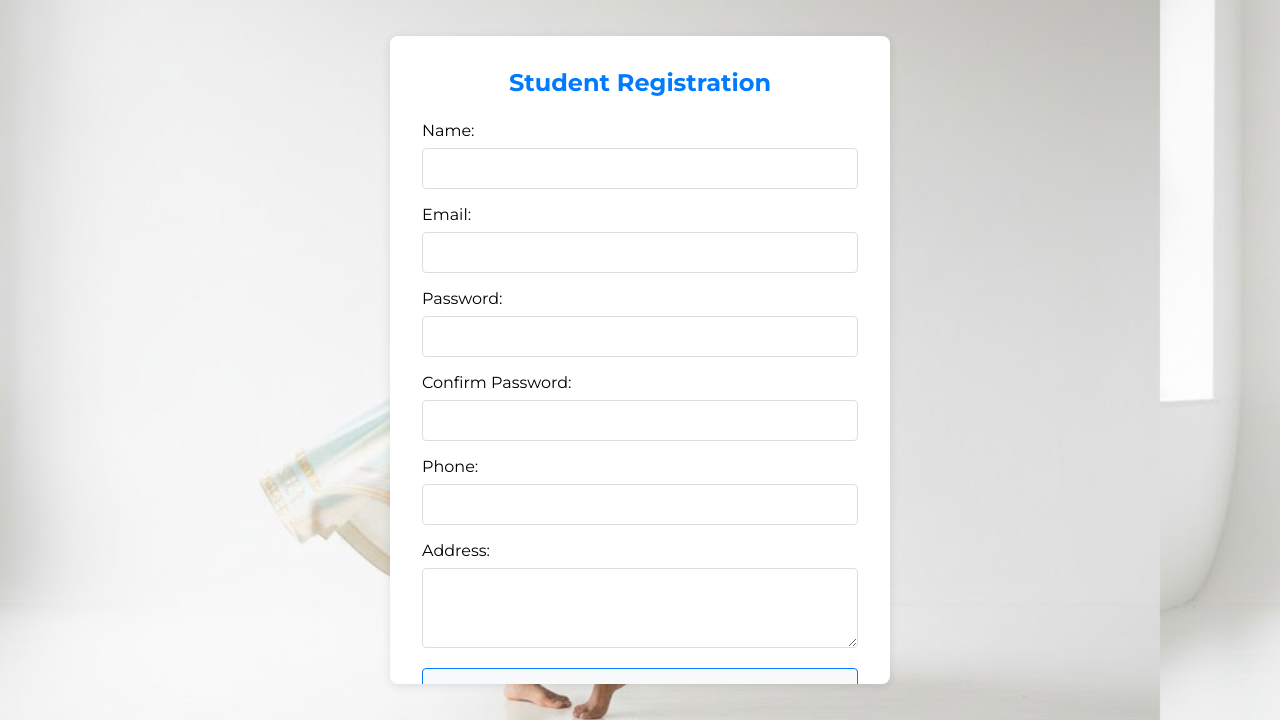
Repository: Priyadharshini-J-CSE/StepSync_Dance_Mangement_System
Page: /user-register (app in frontend/)
These files come from the project's save history. The page is drawn as it stood at one moment and after the next save; the edit follows.
The browser window is 1280 px wide. The pictures show the whole page.
An inner scrolling area shows only its first screen. Some web fonts or font styles are not loaded; a fallback is used. Some web libraries are served in a nearby version. The project was rebuilt for these pictures with package versions that can differ from the ones it lists, and the page was loaded fresh each time. Also part of the build but not shown: frontend/src/index.css, frontend/src/pages/LandingPage.js, frontend/src/components/Alert.js, frontend/src/pages/UserLogin.js, frontend/src/pages/AdminLogin.js, frontend/src/pages/AdminRegister.js, frontend/src/pages/ForgotPassword.js, frontend/src/components/Navbar.js and 17 more.

Above is the page before, as saved 2025-12-18 10:49:13.

### frontend/public/index.html
<!DOCTYPE html>
<html lang="en">
  <head>
    <meta charset="utf-8" />
    <meta name="viewport" content="width=device-width, initial-scale=1" />
    <title>Zumba Class Management</title>
    <link rel="preconnect" href="https://fonts.googleapis.com">
    <link rel="preconnect" href="https://fonts.gstatic.com" crossorigin>
    <link href="https://fonts.googleapis.com/css2?family=Alumni+Sans+Pinstripe:ital@0;1&family=Anta&family=Josefin+Sans:ital,wght@0,100..700;1,100..700&family=Metamorphous&family=Montserrat:ital,wght@0,100..900;1,100..900&family=Pangolin&family=Roboto:ital,wght@0,100..900;1,100..900&family=Rubik:ital,wght@0,300..900;1,300..900&display=swap" rel="stylesheet">
    <link rel="stylesheet" href="https://cdnjs.cloudflare.com/ajax/libs/font-awesome/6.5.1/css/all.min.css" crossorigin="anonymous">
    <script src="https://kit.fontawesome.com/a076d05399.js" crossorigin="anonymous"></script>
    <style>
      * { margin: 0; padding: 0; box-sizing: border-box; }
      body { font-family: 'Montserrat', sans-serif; }
    </style>
  </head>
  <body>
    <div id="root"></div>
  </body>
</html>

### frontend/src/App.js
import React from 'react';
import { BrowserRouter as Router, Routes, Route, Navigate } from 'react-router-dom';
import { AuthProvider, useAuth } from './context/AuthContext';
import LandingPage from './pages/LandingPage';
import UserLogin from './pages/UserLogin';
import AdminLogin from './pages/AdminLogin';
import UserRegister from './pages/UserRegister';
import AdminRegister from './pages/AdminRegister';
import ForgotPassword from './pages/ForgotPassword';
import AdminDashboard from './pages/admin/AdminDashboard';
import UserDashboard from './pages/user/UserDashboard';

const ProtectedRoute = ({ children, requiredRole }) => {
  const { user, loading } = useAuth();

  if (loading) return <div>Loading...</div>;
  if (!user) return <Navigate to="/" />;
  if (requiredRole && user.role !== requiredRole) return <Navigate to="/" />;

  return children;
};

function App() {
  return (
    <AuthProvider>
      <Router>
        <div style={{ minHeight: '100vh', backgroundColor: '#fff6e9' }}>
          <Routes>
            <Route path="/" element={<LandingPage />} />
            <Route path="/user-login" element={<UserLogin />} />
            <Route path="/admin-login" element={<AdminLogin />} />
            <Route path="/user-register" element={<UserRegister />} />
            <Route path="/admin-register" element={<AdminRegister />} />
            <Route path="/forgot-password" element={<ForgotPassword />} />
            <Route
              path="/admin/*"
              element={
                <ProtectedRoute requiredRole="admin">
                  <AdminDashboard />
                </ProtectedRoute>
              }
            />
            <Route
              path="/user/*"
              element={
                <ProtectedRoute requiredRole="user">
                  <UserDashboard />
                </ProtectedRoute>
              }
            />
          </Routes>
        </div>
      </Router>
    </AuthProvider>
  );
}

export default App;

### frontend/src/context/AuthContext.js
import React, { createContext, useContext, useState, useEffect } from 'react';
import axios from 'axios';

const AuthContext = createContext();

export const useAuth = () => useContext(AuthContext);

export const AuthProvider = ({ children }) => {
  const [user, setUser] = useState(null);
  const [loading, setLoading] = useState(true);

  useEffect(() => {
    const token = localStorage.getItem('token');
    if (token) {
      axios.defaults.headers.common['Authorization'] = `Bearer ${token}`;
      fetchUser();
    } else {
      setLoading(false);
    }
  }, []);

  const fetchUser = async () => {
    try {
      const response = await axios.get('/api/auth/me');
      setUser(response.data);
    } catch (error) {
      localStorage.removeItem('token');
      delete axios.defaults.headers.common['Authorization'];
    }
    setLoading(false);
  };

  const login = async (email, password) => {
    const response = await axios.post('/api/auth/login', { email, password });
    const { token, user } = response.data;

    localStorage.setItem('token', token);
    axios.defaults.headers.common['Authorization'] = `Bearer ${token}`;
    setUser(user);

    return user;
  };

  const register = async (userData) => {
    const response = await axios.post('/api/auth/register', userData);
    const { token, user } = response.data;

    localStorage.setItem('token', token);
    axios.defaults.headers.common['Authorization'] = `Bearer ${token}`;
    setUser(user);

    return user;
  };

  const logout = () => {
    localStorage.removeItem('token');
    delete axios.defaults.headers.common['Authorization'];
    setUser(null);
  };

  const value = {
    user,
    login,
    register,
    logout,
    loading
  };

  return (
    <AuthContext.Provider value={value}>
      {children}
    </AuthContext.Provider>
  );
};

### frontend/src/pages/UserRegister.js
import React, { useState } from 'react';
import { useNavigate, Link } from 'react-router-dom';
import { useAuth } from '../context/AuthContext';
import { validatePassword } from '../utils/passwordValidation';
import Alert from '../components/Alert';

const UserRegister = () => {
  const [formData, setFormData] = useState({
    name: '',
    email: '',
    password: '',
    confirmPassword: '',
    phone: '',
    address: '',
    acceptTerms: false
  });
  const [alert, setAlert] = useState(null);
  const [loading, setLoading] = useState(false);
  const [passwordValidation, setPasswordValidation] = useState(null);
  const [showTerms, setShowTerms] = useState(false);
  const [hasScrolled, setHasScrolled] = useState(false);
  const { register } = useAuth();
  const navigate = useNavigate();

  const handlePasswordChange = (password) => {
    setFormData({...formData, password});
    setPasswordValidation(validatePassword(password));
  };

  const handleSubmit = async (e) => {
    e.preventDefault();

    if (formData.password !== formData.confirmPassword) {
      setAlert({ message: 'Passwords do not match', type: 'error' });
      return;
    }

    if (!passwordValidation?.isValid) {
      setAlert({ message: 'Password does not meet requirements', type: 'error' });
      return;
    }

    if (!formData.acceptTerms) {
      setAlert({ message: 'Please accept terms and conditions', type: 'error' });
      return;
    }

    setLoading(true);

    try {
      await register({ ...formData, role: 'user' });
      navigate('/user');
    } catch (error) {
      setAlert({ message: error.response?.data?.message || 'Registration failed', type: 'error' });
    }
    setLoading(false);
  };

  return (
    <div style={{
      display: 'flex',
      justifyContent: 'center',
      alignItems: 'center',
      minHeight: '100vh',
      padding: '1rem',
      backgroundImage: 'url(/image.jpg)',
      backgroundSize: 'cover',
      backgroundPosition: 'bottom 30% right 1400px',
      backgroundAttachment: 'fixed'
    }}>
      <form onSubmit={handleSubmit} style={{
        backgroundColor: 'white',
        padding: '2rem',
        borderRadius: '8px',
        boxShadow: '0 2px 10px rgba(0,0,0,0.1)',
        width: '500px',
        maxHeight: '90vh',
        overflowY: 'auto'
      }}>
        <h2 style={{ textAlign: 'center', marginBottom: '1.5rem', color: '#007bff' }}>
          Student Registration
        </h2>

        {alert && <Alert message={alert.message} type={alert.type} onClose={() => setAlert(null)} />}

        <div style={{ marginBottom: '1rem' }}>
          <label style={{ display: 'block', marginBottom: '0.5rem' }}>Name:</label>
          <input
            type="text"
            value={formData.name}
            onChange={(e) => setFormData({...formData, name: e.target.value})}
            required
            style={{
              width: '100%',
              padding: '0.75rem',
              border: '1px solid #ddd',
              borderRadius: '4px'
            }}
          />
        </div>

        <div style={{ marginBottom: '1rem' }}>
          <label style={{ display: 'block', marginBottom: '0.5rem' }}>Email:</label>
          <input
            type="email"
            value={formData.email}
            onChange={(e) => setFormData({...formData, email: e.target.value})}
            required
            style={{
              width: '100%',
              padding: '0.75rem',
              border: '1px solid #ddd',
              borderRadius: '4px'
            }}
          />
        </div>

        <div style={{ marginBottom: '1rem' }}>
          <label style={{ display: 'block', marginBottom: '0.5rem' }}>Password:</label>
          <input
            type="password"
            value={formData.password}
            onChange={(e) => handlePasswordChange(e.target.value)}
            required
            style={{
              width: '100%',
              padding: '0.75rem',
              border: '1px solid #ddd',
              borderRadius: '4px'
            }}
          />
          {passwordValidation && (
            <div style={{ marginTop: '0.5rem', fontSize: '0.8rem' }}>
              <div style={{
                color: passwordValidation.strength === 'Strong' ? 'green' :
                       passwordValidation.strength === 'Medium' ? 'orange' : 'red'
              }}>
                Strength: {passwordValidation.strength}
              </div>
            </div>
          )}
        </div>

        <div style={{ marginBottom: '1rem' }}>
          <label style={{ display: 'block', marginBottom: '0.5rem' }}>Confirm Password:</label>
          <input
            type="password"
            value={formData.confirmPassword}
            onChange={(e) => setFormData({...formData, confirmPassword: e.target.value})}
            required
            style={{
              width: '100%',
              padding: '0.75rem',
              border: '1px solid #ddd',
              borderRadius: '4px'
            }}
          />
        </div>

        <div style={{ marginBottom: '1rem' }}>
          <label style={{ display: 'block', marginBottom: '0.5rem' }}>Phone:</label>
          <input
            type="tel"
            value={formData.phone}
            onChange={(e) => setFormData({...formData, phone: e.target.value})}
            style={{
              width: '100%',
              padding: '0.75rem',
              border: '1px solid #ddd',
              borderRadius: '4px'
            }}
          />
        </div>

        <div style={{ marginBottom: '1rem' }}>
          <label style={{ display: 'block', marginBottom: '0.5rem' }}>Address:</label>
          <textarea
            value={formData.address}
            onChange={(e) => setFormData({...formData, address: e.target.value})}
            style={{
              width: '100%',
              padding: '0.75rem',
              border: '1px solid #ddd',
              borderRadius: '4px',
              minHeight: '80px'
            }}
          />
        </div>

        <div style={{ marginBottom: '1.5rem' }}>
          <button
            type="button"
            onClick={() => setShowTerms(true)}
            style={{
              width: '100%',
              padding: '0.75rem',
              backgroundColor: '#f8f9fa',
              color: '#007bff',
              border: '1px solid #007bff',
              borderRadius: '4px',
              cursor: 'pointer',
              marginBottom: '0.5rem'
            }}
          >
            View Terms & Conditions and Privacy Policy
          </button>
          <label style={{ display: 'flex', alignItems: 'center', gap: '0.5rem' }}>
            <input
              type="checkbox"
              checked={formData.acceptTerms}
              onChange={(e) => setFormData({...formData, acceptTerms: e.target.checked})}
              required
              disabled={!hasScrolled}
            />
            I accept the Terms and Conditions and Privacy Policy
            {!hasScrolled && <span style={{ color: 'red', fontSize: '0.8rem' }}>(Read first)</span>}
          </label>
        </div>

        {showTerms && (
          <div className="modal-overlay" onClick={() => setShowTerms(false)}>
            <div className="modal-content" onClick={(e) => e.stopPropagation()} style={{ maxWidth: '600px' }}>
              <h3 style={{ marginTop: 0 }}>Terms & Conditions and Privacy Policy</h3>
              <div
                onScroll={(e) => {
                  const bottom = e.target.scrollHeight - e.target.scrollTop === e.target.clientHeight;
                  if (bottom) setHasScrolled(true);
                }}
                style={{
                  maxHeight: '400px',
                  overflowY: 'auto',
                  padding: '1rem',
                  backgroundColor: '#f8f9fa',
                  borderRadius: '8px',
                  marginBottom: '1rem'
                }}
              >
                <h4>Terms and Conditions</h4>
                <p>Welcome to DanceHub. By registering, you agree to the following terms:</p>
                <ol>
                  <li>You must provide accurate and complete information during registration.</li>
                  <li>You are responsible for maintaining the confidentiality of your account.</li>
                  <li>You must be at least 18 years old to register.</li>
                  <li>Payment for classes must be made in advance.</li>
                  <li>Refunds are subject to our refund policy.</li>
                  <li>You agree to attend classes on time and follow instructor guidelines.</li>
                  <li>We reserve the right to cancel classes due to unforeseen circumstances.</li>
                  <li>You agree not to share class materials without permission.</li>
                </ol>

                <h4>Privacy Policy</h4>
                <p>We value your privacy and are committed to protecting your personal information:</p>
                <ol>
                  <li>We collect personal information including name, email, phone, and address.</li>
                  <li>Your information is used solely for class management and communication.</li>
                  <li>We do not sell or share your personal information with third parties.</li>
                  <li>Payment information is processed securely through encrypted channels.</li>
                  <li>You have the right to access, modify, or delete your personal data.</li>
                  <li>We use cookies to improve your experience on our platform.</li>
                  <li>Your attendance and payment records are stored securely.</li>
                  <li>We may send you notifications about classes and updates.</li>
                </ol>

                <p style={{ fontWeight: 'bold', marginTop: '1rem' }}>
                  Please scroll to the bottom to enable the acceptance checkbox.
                </p>
              </div>
              <button
                onClick={() => setShowTerms(false)}
                style={{
                  width: '100%',
                  padding: '0.75rem',
                  backgroundColor: '#007bff',
                  color: 'white',
                  border: 'none',
                  borderRadius: '4px',
                  cursor: 'pointer'
                }}
              >
                Close
              </button>
            </div>
          </div>
        )}

        <button
          type="submit"
          disabled={loading}
          style={{
            width: '100%',
            padding: '0.75rem',
            backgroundColor: '#007bff',
            color: 'white',
            border: 'none',
            borderRadius: '4px',
            cursor: 'pointer',
            fontSize: '16px'
          }}
        >
          {loading ? 'Registering...' : 'Register'}
        </button>

        <div style={{ textAlign: 'center', marginTop: '1rem' }}>
          <p>Already have an account? <Link to="/user-login">Login here</Link></p>
          <p><Link to="/">Back to Home</Link></p>
        </div>
      </form>
    </div>
  );
};

export default UserRegister;

### frontend/src/utils/passwordValidation.js
export const validatePassword = (password) => {
  const minLength = password.length >= 8;
  const hasUpperCase = /[A-Z]/.test(password);
  const hasLowerCase = /[a-z]/.test(password);
  const hasNumbers = /\d/.test(password);
  const hasSpecialChar = /[!@#$%^&*(),.?":{}|<>]/.test(password);

  const score = [minLength, hasUpperCase, hasLowerCase, hasNumbers, hasSpecialChar].filter(Boolean).length;

  let strength = 'Weak';
  if (score >= 4) strength = 'Strong';
  else if (score >= 3) strength = 'Medium';

  return {
    isValid: score >= 3,
    strength,
    requirements: {
      minLength,
      hasUpperCase,
      hasLowerCase,
      hasNumbers,
      hasSpecialChar
    }
  };
};

Loaded but not shown: frontend/src/index.js (common file)

After the next save:
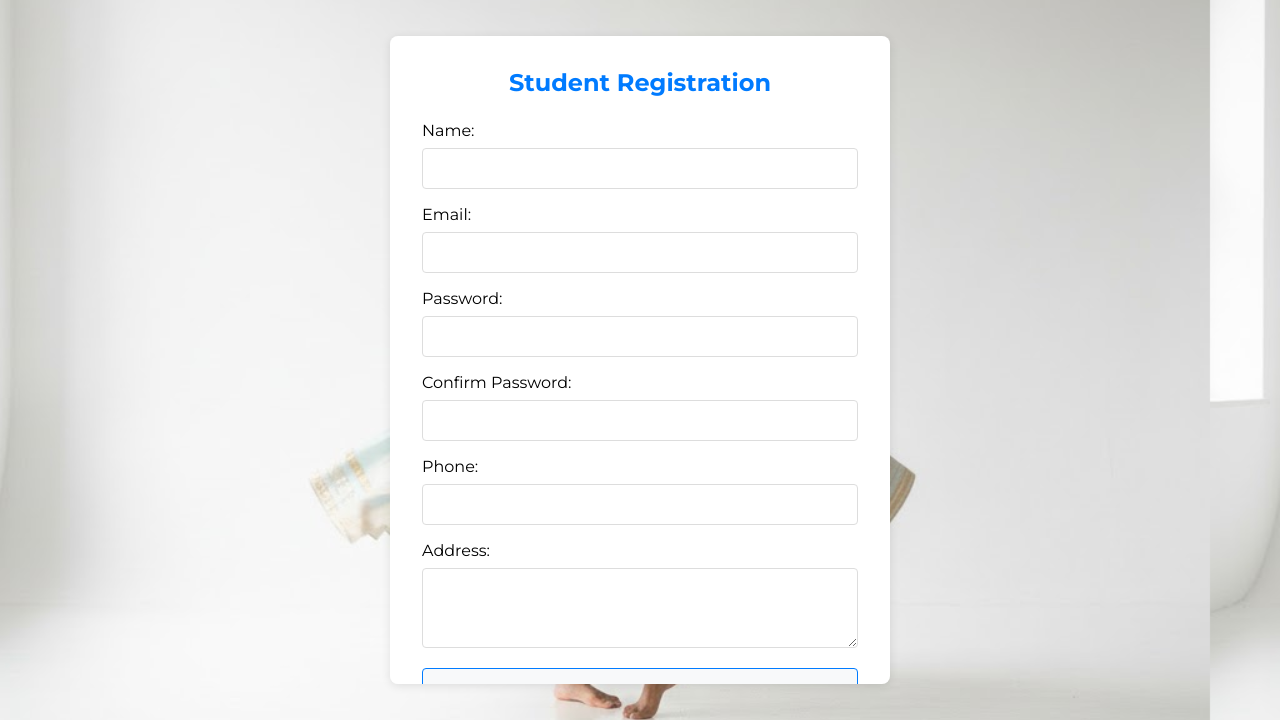
Saved 5 s later.
--- a/frontend/src/pages/UserRegister.js
+++ b/frontend/src/pages/UserRegister.js
@@ -65,7 +65,7 @@ const UserRegister = () => {
       padding: '1rem',
       backgroundImage: 'url(/image.jpg)',
       backgroundSize: 'cover',
-      backgroundPosition: 'bottom 30% right 1400px',
+      backgroundPosition: 'bottom 30% right 1350px',
       backgroundAttachment: 'fixed'
     }}>
       <form onSubmit={handleSubmit} style={{
